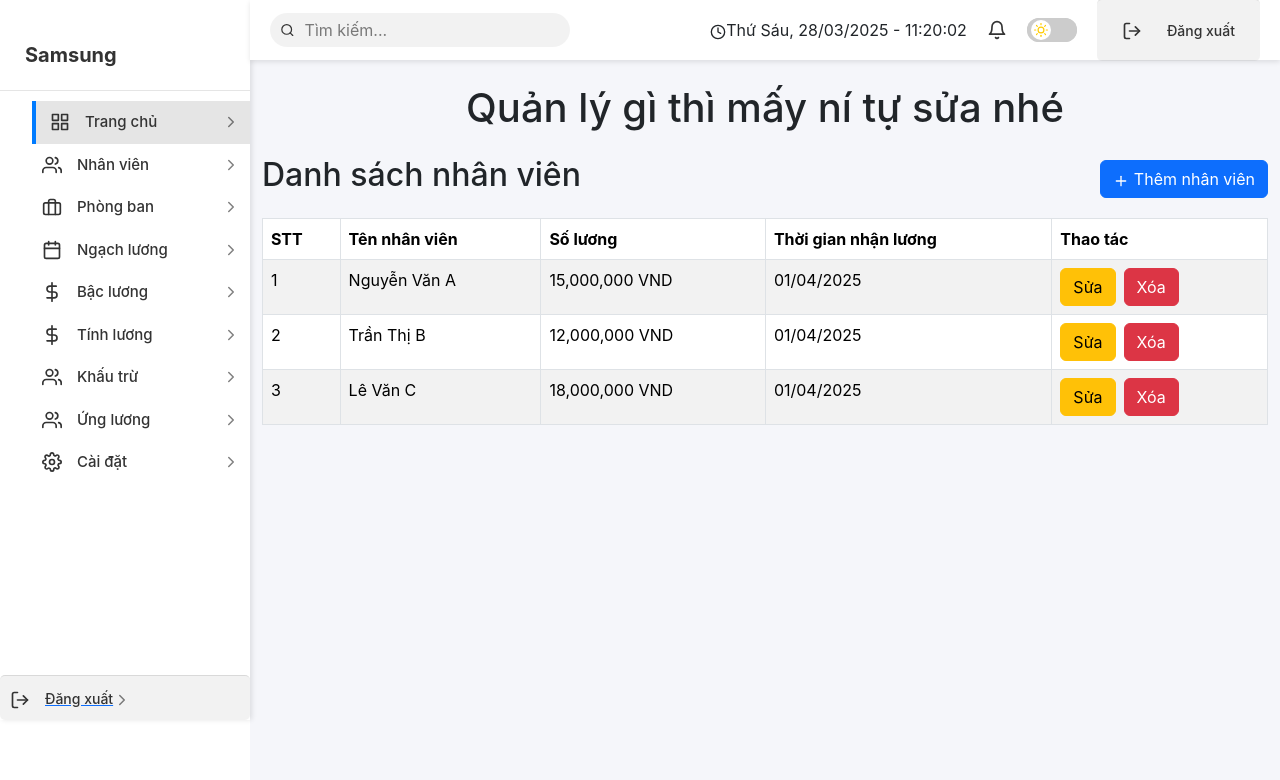
Repository: lenb2109136/HTTTQL
Page: /
These files come from the project's save history. The page is drawn as it stood at one moment and after the next save; the edit follows.
The browser window is 1280 px wide. The pictures show the whole page.
The project was rebuilt for these pictures with package versions that can differ from the ones it lists, and the page was loaded fresh each time.

Above is the page before, as saved 2025-03-28 13:26:37.

### src/index.js
import React from 'react';
import ReactDOM from 'react-dom/client';
import './index.css';
import App from './App';
import reportWebVitals from './reportWebVitals';
import 'bootstrap/dist/css/bootstrap.min.css'; // Import Bootstrap CSS
const root = ReactDOM.createRoot(document.getElementById('root'));
root.render(
  <React.StrictMode>
    <App />
  </React.StrictMode>
);

// If you want to start measuring performance in your app, pass a function
// to log results (for example: reportWebVitals(console.log))
// or send to an analytics endpoint. Learn more: https://bit.ly/CRA-vitals
reportWebVitals();

### src/App.js
// src/App.js
import React from 'react';
import { BrowserRouter as Router, Route, Routes } from 'react-router-dom';
import 'bootstrap/dist/css/bootstrap.min.css';
import './App.css';
import Header from './component/admin/Header-Admin';
import Sidebar from './component/admin/SideBar';
import Dashboard from './component/admin/Dashboard';

function App() {
  return (
    <Router>
      <div className="app">
        <Sidebar />
        <div className="main-content">
          <Header />
          <Routes>
            <Route path="/" element={<Dashboard />} />
          </Routes>
        </div>
      </div>
    </Router>
  );
}

export default App;

### src/App.css
/* src/App.css */
* {
  margin: 0;
  padding: 0;
  box-sizing: border-box;
  font-family: 'Inter', Arial, sans-serif;
}

.app {
  display: flex;
}

.main-content {
  flex: 1;
  margin-left: 250px;
  background-color: #f5f6fa;
  min-height: 100vh;
}

/* Page Content */
.page-content {
  padding: 20px;
}

### src/component/admin/Header-Admin.js
import React, { useState, useEffect } from 'react';
import {
  FiSearch,
  FiLogOut,
  FiBell,
  FiSun,
  FiMoon,
  FiClock,
} from 'react-icons/fi';
import './admin-style/Header-Admin.css';

const Header = () => {
  const [darkMode, setDarkMode] = useState(() => {
    return localStorage.getItem('theme') === 'dark';
  });

  const [currentTime, setCurrentTime] = useState('');
  const [currentDate, setCurrentDate] = useState('');

  useEffect(() => {
    const updateTime = () => {
      const now = new Date();

      // Lấy giờ hiện tại
      const formattedTime = now.toLocaleTimeString('vi-VN', {
        hour: '2-digit',
        minute: '2-digit',
        second: '2-digit',
      });

      // Lấy ngày hiện tại
      const formattedDate = now.toLocaleDateString('vi-VN', {
        weekday: 'long',
        day: '2-digit',
        month: '2-digit',
        year: 'numeric',
      });

      setCurrentTime(formattedTime);
      setCurrentDate(formattedDate);
    };

    updateTime(); // Cập nhật ngay khi component mount
    const interval = setInterval(updateTime, 1000); // Cập nhật mỗi giây

    return () => clearInterval(interval); // Xóa interval khi component unmount
  }, []);

  const toggleTheme = () => {
    const newTheme = !darkMode;
    setDarkMode(newTheme);
    localStorage.setItem('theme', newTheme ? 'dark' : 'light');
    document.body.classList.toggle('dark-mode', newTheme);
  };

  return (
    <div className="header">
      <div className="search-bar">
        <FiSearch className="search-icon" />
        <input type="text" placeholder="Tìm kiếm..." />
      </div>

      <div className="header-right">
        {/* Hiển thị ngày tháng và giờ hiện tại */}
        <div className="current-date-time">
          <FiClock className="clock-icon" />
          <span>
            {currentDate} - {currentTime}
          </span>
        </div>

        <FiBell className="notification-icon" />

        <div className="theme-toggle" onClick={toggleTheme}>
          <div className={`toggle-btn ${darkMode ? 'dark' : 'light'}`}>
            <div className="toggle-circle">
              {darkMode ? (
                <FiMoon className="theme-icon" />
              ) : (
                <FiSun className="theme-icon" />
              )}
            </div>
          </div>
        </div>

        <div className="logout-section">
          <FiLogOut className="logout-icon" />
          <span>Đăng xuất</span>
        </div>
      </div>
    </div>
  );
};

export default Header;

### src/component/admin/SideBar.js
import React from 'react';
import './admin-style/SideBar-Admin.css';
import { Link, useLocation } from 'react-router-dom';
import {
  FiGrid,
  FiUsers,
  FiBriefcase,
  FiCalendar,
  FiDollarSign,
  FiSettings,
  FiLogOut,
  FiChevronRight, // Dấu >
} from 'react-icons/fi';

const Sidebar = () => {
  const location = useLocation();

  return (
    <div className="sidebar">
      <div className="logo">
        <span className="logo-text">Samsung</span>
      </div>
      <ul>
        <li className={location.pathname === '/' ? 'active' : ''}>
          <Link to="/">
            <FiGrid className="menu-icon" />
            <span>Trang chủ</span>
            <FiChevronRight className="chevron-icon" />
          </Link>
        </li>
        <li className={location.pathname === '/employees' ? 'active' : ''}>
          <Link to="/employees">
            <FiUsers className="menu-icon" />
            <span>Nhân viên</span>
            <FiChevronRight className="chevron-icon" />
          </Link>
        </li>
        <li className={location.pathname === '/departments' ? 'active' : ''}>
          <Link to="/departments">
            <FiBriefcase className="menu-icon" />
            <span>Phòng ban</span>
            <FiChevronRight className="chevron-icon" />
          </Link>
        </li>
        <li className={location.pathname === '/salary-scale' ? 'active' : ''}>
          <Link to="/salary-scale">
            <FiCalendar className="menu-icon" />
            <span>Ngạch lương</span>
            <FiChevronRight className="chevron-icon" />
          </Link>
        </li>
        <li className={location.pathname === '/pay-grade' ? 'active' : ''}>
          <Link to="/pay-grade">
            <FiDollarSign className="menu-icon" />
            <span>Bậc lương</span>
            <FiChevronRight className="chevron-icon" />
          </Link>
        </li>
        <li
          className={
            location.pathname === '/salary-calculation' ? 'active' : ''
          }
        >
          <Link to="/salary-calculation">
            <FiDollarSign className="menu-icon" />
            <span>Tính lương</span>
            <FiChevronRight className="chevron-icon" />
          </Link>
        </li>
        <li className={location.pathname === '/deductions' ? 'active' : ''}>
          <Link to="/deductions">
            <FiUsers className="menu-icon" />
            <span>Khấu trừ</span>
            <FiChevronRight className="chevron-icon" />
          </Link>
        </li>
        <li className={location.pathname === '/salary-advance' ? 'active' : ''}>
          <Link to="/salary-advance">
            <FiUsers className="menu-icon" />
            <span>Ứng lương</span>
            <FiChevronRight className="chevron-icon" />
          </Link>
        </li>
        <li className={location.pathname === '/settings' ? 'active' : ''}>
          <Link to="/settings">
            <FiSettings className="menu-icon" />
            <span>Cài đặt</span>
            <FiChevronRight className="chevron-icon" />
          </Link>
        </li>
      </ul>
      <div className="logout-section">
        <Link to="/logout" className="logout-link">
          <FiLogOut className="logout-icon" />
          <span>Đăng xuất</span>
          <FiChevronRight className="chevron-icon" />
        </Link>
      </div>
    </div>
  );
};

export default Sidebar;

### src/component/admin/Dashboard.js
import React, { useState } from 'react';
import { Table, Button, Container, Row, Col } from 'react-bootstrap';
import { FiPlus } from 'react-icons/fi';

const EmployeesPage = () => {
  const [employees, setEmployees] = useState([
    {
      id: 1,
      name: 'Nguyễn Văn A',
      salary: '15,000,000 VND',
      payDate: '01/04/2025',
    },
    {
      id: 2,
      name: 'Trần Thị B',
      salary: '12,000,000 VND',
      payDate: '01/04/2025',
    },
    {
      id: 3,
      name: 'Lê Văn C',
      salary: '18,000,000 VND',
      payDate: '01/04/2025',
    },
  ]);

  const handleDelete = id => {
    setEmployees(employees.filter(emp => emp.id !== id));
  };

  return (
    <Container>
      <h1 className="text-center my-4">Quản lý gì thì mấy ní tự sửa nhé</h1>
      <Row className="mb-3 d-flex justify-content-between align-items-center">
        <Col>
          <h2>Danh sách nhân viên</h2>
        </Col>
        <Col className="text-end">
          <Button variant="primary">
            <FiPlus /> Thêm nhân viên
          </Button>
        </Col>
      </Row>
      <Table striped bordered hover>
        <thead>
          <tr>
            <th>STT</th>
            <th>Tên nhân viên</th>
            <th>Số lương</th>
            <th>Thời gian nhận lương</th>
            <th>Thao tác</th>
          </tr>
        </thead>
        <tbody>
          {employees.map((emp, index) => (
            <tr key={emp.id}>
              <td>{index + 1}</td>
              <td>{emp.name}</td>
              <td>{emp.salary}</td>
              <td>{emp.payDate}</td>
              <td>
                <Button variant="warning" className="me-2">
                  Sửa
                </Button>
                <Button variant="danger" onClick={() => handleDelete(emp.id)}>
                  Xóa
                </Button>
              </td>
            </tr>
          ))}
        </tbody>
      </Table>
    </Container>
  );
};

export default EmployeesPage;

### src/component/admin/admin-style/Header-Admin.css
* src/components/Header.css */ .header {
  width: calc(100% - 250px); /* Adjust for sidebar width */
  height: 60px;
  background: #fff; /* White background */
  position: fixed;
  top: 0;
  left: 250px; /* Offset for sidebar */
  display: flex;
  justify-content: space-between;
  align-items: center;
  padding: 0 20px;
  box-shadow: 0 2px 5px rgba(0, 0, 0, 0.1); /* Subtle shadow */
}

/* Thanh tìm kiếm */
.search-bar {
  display: flex;
  align-items: center;
  background-color: rgba(0, 0, 0, 0.05); /* Light gray background */
  border-radius: 20px;
  padding: 5px 10px;
  width: 300px;
}

.search-bar input {
  border: none;
  background: none;
  outline: none;
  margin-left: 10px;
  width: 100%;
  color: #333; /* Black text */
}

.search-bar input::placeholder {
  color: rgba(0, 0, 0, 0.5); /* Gray placeholder */
}

.search-icon {
  color: #333; /* Black icon */
}

/* Phần bên phải */
.header-right {
  display: flex;
  align-items: center;
  gap: 20px; /* Space between notification and logout */
}

.notification-icon {
  font-size: 20px;
  color: #333; /* Black icon */
  cursor: pointer;
}

.notification-icon:hover {
  color: #007bff; /* Blue on hover */
}

.logout-section {
  display: flex;
  align-items: center;
  gap: 10px;
  padding: 10px 15px;
  background-color: rgba(0, 0, 0, 0.05); /* Light gray background */
  border-radius: 5px;
  cursor: pointer;
  transition: background-color 0.3s ease;
}

.logout-section:hover {
  background-color: rgba(0, 0, 0, 0.1); /* Slightly darker on hover */
}

.logout-icon {
  font-size: 18px;
  color: #333; /* Black icon */
}

.logout-section span {
  font-size: 14px;
  font-weight: 500;
  color: #333; /* Black text */
}
.header {
  width: calc(100% - 250px);
  height: 60px;
  background: #fff;
  position: fixed;
  top: 0;
  left: 250px;
  display: flex;
  justify-content: space-between;
  align-items: center;
  padding: 0 20px;
  box-shadow: 0 2px 5px rgba(0, 0, 0, 0.1);
  z-index: 1000; /* Đảm bảo header hiển thị trên tất cả */
}

/* Đảm bảo phần nội dung bên dưới không bị đè lên */
.main-content {
  margin-top: 60px; /* Để khoảng trống phía trên, tránh header đè lên */
}
.sidebar ul li {
  display: flex;
  align-items: center;
  justify-content: space-between; /* Đẩy dấu > ra ngoài cùng */
  padding: 10px;
  transition: background 0.3s;
}

.sidebar ul li a {
  display: flex;
  align-items: center;
  width: 100%;
}

.sidebar ul li .menu-icon {
  margin-right: 10px; /* Tạo khoảng cách giữa icon và chữ */
}

.sidebar ul li .chevron-icon {
  margin-left: auto; /* Đẩy dấu > sang phải xa chữ */
  font-size: 18px;
  color: rgba(0, 0, 0, 0.5);
}

.sidebar ul li:hover .chevron-icon {
  color: #007bff; /* Màu xanh khi hover */
}

.sidebar .logout-section {
  display: flex;
  justify-content: space-between;
  align-items: center;
  padding: 10px;
}

.sidebar .logout-section .chevron-icon {
  margin-left: auto;
  font-size: 18px;
  color: rgba(0, 0, 0, 0.5);
}
/* Nút chuyển chế độ sáng/tối */
.theme-toggle {
  width: 50px;
  height: 24px;
  background: #ccc;
  border-radius: 50px;
  position: relative;
  cursor: pointer;
  transition: background 0.3s ease;
}

.theme-toggle .toggle-btn {
  width: 100%;
  height: 100%;
  border-radius: 50px;
  display: flex;
  align-items: center;
  padding: 2px;
  transition: background 0.3s ease;
}

.toggle-btn .toggle-circle {
  width: 20px;
  height: 20px;
  background: white;
  border-radius: 50%;
  position: absolute;
  transition: transform 0.3s ease;
}

/* Khi ở chế độ tối */
.toggle-btn.dark {
  background: #333;
}

.toggle-btn.dark .toggle-circle {
  transform: translateX(26px);
}

/* Khi ở chế độ sáng */
.toggle-btn.light {
  background: #ccc;
}

.toggle-btn.light .toggle-circle {
  transform: translateX(2px);
}

.theme-toggle {
  width: 50px;
  height: 24px;
  background: #ccc;
  border-radius: 50px;
  position: relative;
  cursor: pointer;
  transition: background 0.3s ease;
}

.toggle-btn {
  width: 100%;
  height: 100%;
  border-radius: 50px;
  display: flex;
  align-items: center;
  padding: 2px;
  transition: background 0.3s ease;
  position: relative;
}

.toggle-circle {
  width: 20px;
  height: 20px;
  background: white;
  border-radius: 50%;
  position: absolute;
  transition: transform 0.3s ease;
  display: flex;
  align-items: center;
  justify-content: center;
}

.theme-icon {
  font-size: 14px;
  color: #333;
}

/* Khi ở chế độ tối */
.toggle-btn.dark {
  background: #333;
}

.toggle-btn.dark .toggle-circle {
  transform: translateX(26px);
}

.toggle-btn.dark .theme-icon {
  color: yellow;
}

/* Khi ở chế độ sáng */
.toggle-btn.light {
  background: #ccc;
}

.toggle-btn.light .toggle-circle {
  transform: translateX(2px);
}

.toggle-btn.light .theme-icon {
  color: #ffcc00;
}
.current-time {
  display: flex;
  align-items: center;
  font-size: 14px;
  color: #333;
  gap: 5px;
}

.current-time .clock-icon {
  font-size: 18px;
  color: #007bff;
}

### src/component/admin/admin-style/SideBar-Admin.css
/* src/components/Sidebar.css */
.sidebar {
  width: 250px;
  height: 100vh;
  background: #fff; /* White background */
  color: #333; /* Dark text color */
  position: fixed;
  top: 0;
  left: 0;
  padding-top: 20px;
  display: flex;
  flex-direction: column;
  justify-content: space-between;
  box-shadow: 2px 0 5px rgba(0, 0, 0, 0.1); /* Subtle shadow for depth */
}

.sidebar .logo {
  display: flex;
  align-items: center;
  gap: 10px;
  padding: 20px 25px;
  border-bottom: 1px solid rgba(0, 0, 0, 0.1); /* Light border */
}

.sidebar .logo-icon {
  width: 40px;
  height: 40px;
  object-fit: contain; /* Ensure the logo scales properly */
}

.sidebar .logo span {
  font-size: 20px;
  font-weight: 700;
  color: #333;
}

.sidebar ul {
  list-style: none;
  margin-top: 10px;
  flex-grow: 1;
}

.sidebar ul li {
  padding: 12px 8px;
  display: flex;
  align-items: center;
  cursor: pointer;
  transition: background-color 0.3s ease, padding-left 0.3s ease;
  position: relative; /* For badge positioning */
}

.sidebar ul li:hover {
  background-color: rgba(0, 0, 0, 0.05); /* Light gray hover effect */
  padding-left: 15px;
}

.sidebar ul li.active {
  background-color: rgba(0, 0, 0, 0.1); /* Slightly darker for active state */
  border-left: 4px solid #007bff; /* Blue accent for active item */
  padding-left: 14px;
}

.sidebar ul li a {
  color: #333; /* Black text */
  text-decoration: none;
  display: flex;
  align-items: center;
  font-size: 15px;
  font-weight: 500;
  width: 100%; /* Ensure the link takes full width */
}

.sidebar ul li a .menu-icon {
  font-size: 20px; /* Slightly larger icons */
  color: #333; /* Black icons */
  margin-right: 15px; /* Increased spacing between icon and text */
  transition: color 0.3s ease; /* Smooth color transition on hover */
}

.sidebar ul li a:hover .menu-icon {
  color: #007bff; /* Blue on hover */
}

/* Notification Badge */
.sidebar ul li .badge {
  position: absolute;
  right: 25px;
  background-color: #ff4d4f; /* Red badge */
  color: #fff;
  font-size: 12px;
  font-weight: 600;
  width: 20px;
  height: 20px;
  border-radius: 50%;
  display: flex;
  align-items: center;
  justify-content: center;
}

/* Logout Section */
.logout-section {
  padding: 20px 25px;
  display: flex;
  align-items: center;
  gap: 10px;
  background-color: rgba(0, 0, 0, 0.05); /* Light gray background */
  border-top: 1px solid rgba(0, 0, 0, 0.1);
  cursor: pointer;
  transition: background-color 0.3s ease;
}

.logout-section:hover {
  background-color: rgba(0, 0, 0, 0.1);
}

.logout-icon {
  font-size: 20px; /* Match menu icon size */
  color: #333; /* Black icon */
  margin-right: 15px; /* Increased spacing between icon and text */
  transition: color 0.3s ease; /* Smooth color transition on hover */
}

.logout-section:hover .logout-icon {
  color: #007bff; /* Blue on hover */
}

.logout-section span {
  font-size: 14px;
  font-weight: 500;
  color: #333;
}
.sidebar ul li {
  display: flex;
  align-items: center;
  justify-content: space-between; /* Đẩy dấu > ra ngoài cùng */
  padding: 10px;
  transition: background 0.3s;
}

.sidebar ul li .chevron-icon {
  font-size: 18px;
  color: rgba(0, 0, 0, 0.5);
}

.sidebar ul li:hover .chevron-icon {
  color: #007bff; /* Màu xanh khi hover */
}

.sidebar .logout-section {
  display: flex;
  justify-content: space-between;
  align-items: center;
  padding: 10px;
}

.sidebar .logout-section .chevron-icon {
  font-size: 18px;
  color: rgba(0, 0, 0, 0.5);
}

Loaded but not shown: public/index.html (common file); src/index.css (common file); src/reportWebVitals.js (common file)

After the next save:
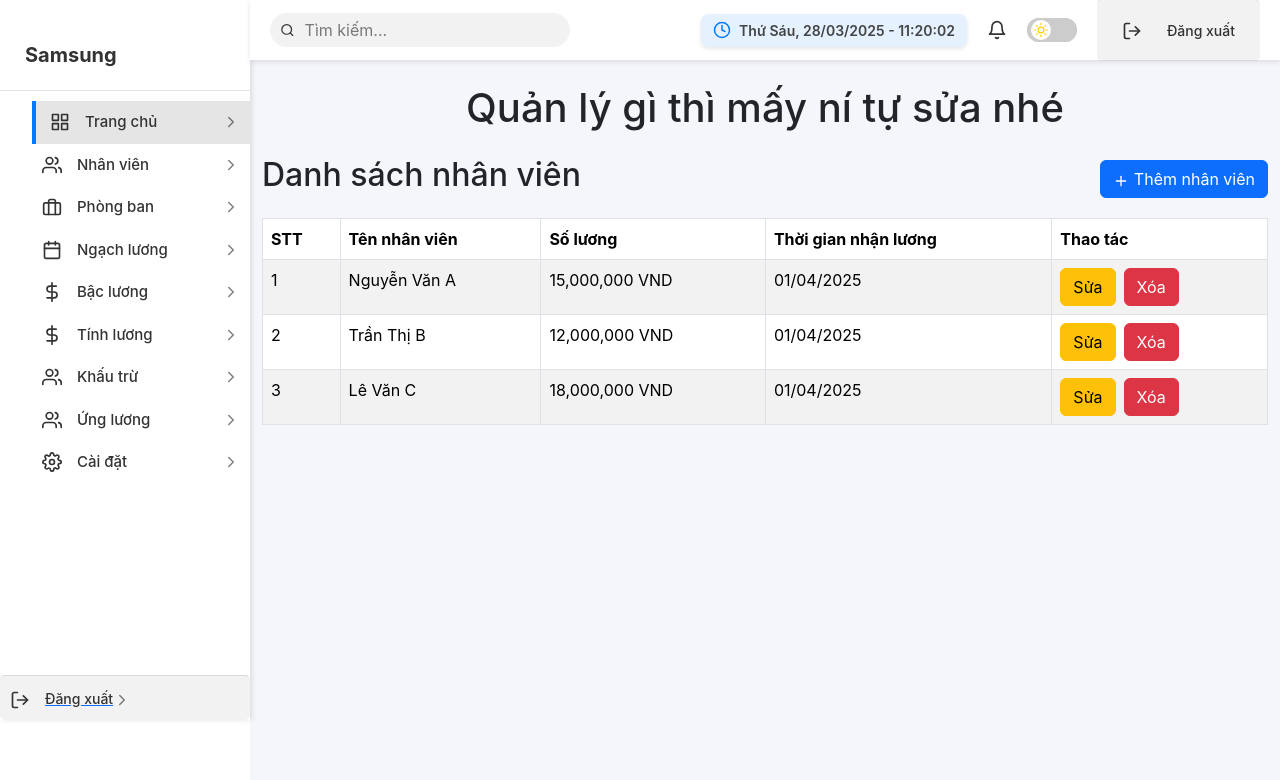
Saved 46 s later.
--- a/src/component/admin/admin-style/Header-Admin.css
+++ b/src/component/admin/admin-style/Header-Admin.css
@@ -263,3 +263,26 @@
   font-size: 18px;
   color: #007bff;
 }
+/* Ngày & Giờ */
+.current-date-time {
+  display: flex;
+  align-items: center;
+  gap: 8px;
+  font-size: 14px;
+  font-weight: 600;
+  color: #444;
+  background: rgba(0, 123, 255, 0.1); /* Màu nền nhẹ */
+  padding: 6px 12px;
+  border-radius: 8px;
+  box-shadow: 0 2px 4px rgba(0, 0, 0, 0.1);
+  transition: background 0.3s ease;
+}
+
+.current-date-time:hover {
+  background: rgba(0, 123, 255, 0.2); /* Đổi màu khi hover */
+}
+
+.current-date-time .clock-icon {
+  font-size: 18px;
+  color: #007bff;
+}
